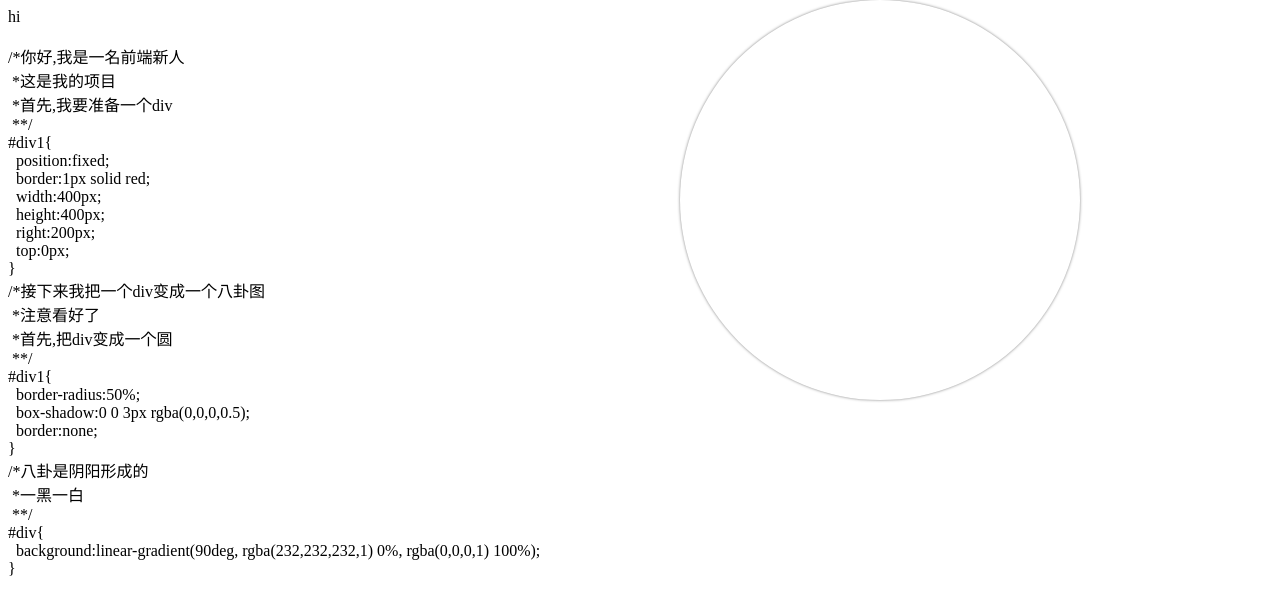
Repository: chenguocan/JS_cv
Page: index.html
The author's editor kept a copy of each file at every save. The page is drawn from the files as they stood at one save, then again after the next save.
The browser window is 1280 px wide. The pictures show the whole page.

Above is the page before, as saved 2020-07-29 15:30:47.

### index.html
<!DOCTYPE html>
<html lang="en">
  <head>
    <meta charset="UTF-8" />
    <meta name="viewport" content="width=device-width, initial-scale=1.0" />
    <title>Document</title>
  </head>
  <body>
    hi
    <style id="style"></style>
    <div id="demo"></div>
    <div id="div1"></div>
    <script src="./main.js"></script>
  </body>
</html>

### main.js
let demo = document.querySelector("#demo");
let style = document.querySelector("#style");
let n = 0;
//添加注释,才不会影响CSS的样式。
let string = `
/*你好,我是一名前端新人
 *这是我的项目
 *首先,我要准备一个div
 **/
#div1{
  position:fixed;
  border:1px solid red;
  width:400px;
  height:400px;
  right:200px;
  top:0px;
}
/*接下来我把一个div变成一个八卦图
 *注意看好了
 *首先,把div变成一个圆
 **/
#div1{
  border-radius:50%;
  box-shadow:0 0 3px rgba(0,0,0,0.5);
  border:none;
}
/*八卦是阴阳形成的
 *一黑一白
 **/
#div{
  background:linear-gradient(90deg, rgba(232,232,232,1) 0%, rgba(0,0,0,1) 100%);
}
`;
let string2 = "";
// string = string.replace(/\n/g, "<br>"); //正则表达式表示所有回车。
let step = () => {
  setTimeout(() => {
    //如果string等于回车,通过<br>来处理
    if (string[n] === "\n") {
      string2 += "<br>";
    } else if (string[n] === " ") {
      string2 += "&nbsp;";
    } else {
      string2 += string[n];
    }
    demo.innerHTML = string2;
    style.innerHTML = string.substring(0, n);
    if (n < string.length - 1) {
      n += 1;
      step();
    }
  }, 10);
};
step();

After the next save:
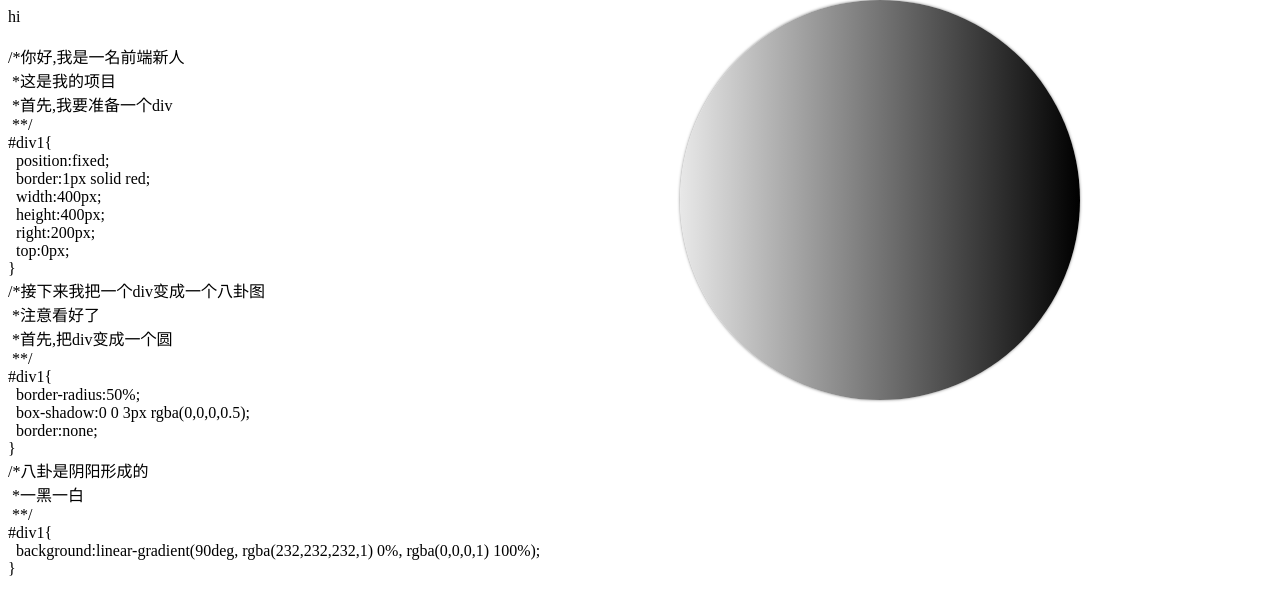
Saved 13 s later.
--- a/main.js
+++ b/main.js
@@ -27,7 +27,7 @@
 /*八卦是阴阳形成的
  *一黑一白
  **/
-#div{
+#div1{
   background:linear-gradient(90deg, rgba(232,232,232,1) 0%, rgba(0,0,0,1) 100%);
 }
 `;
